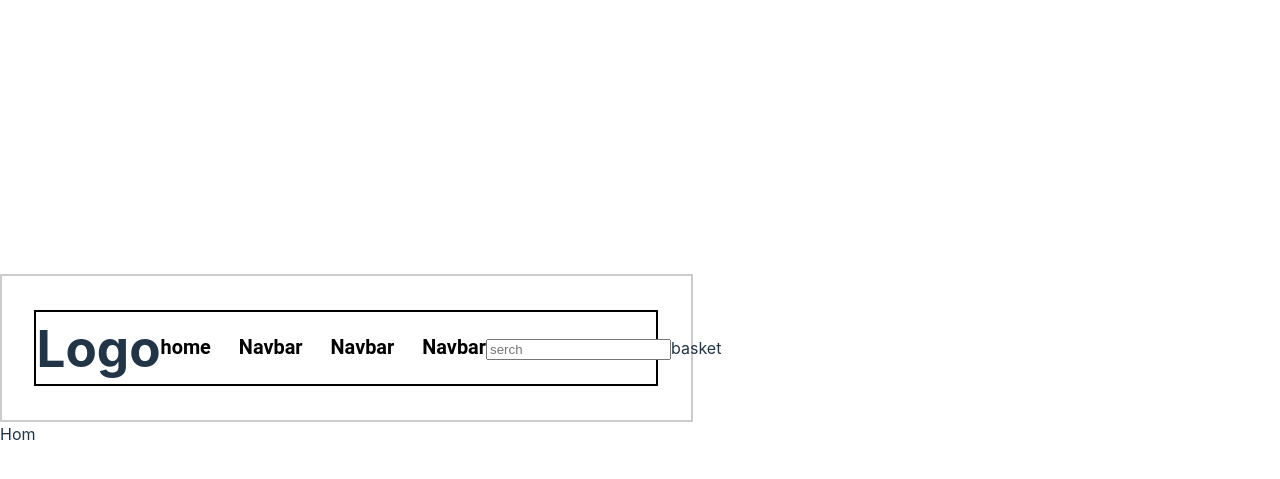
Repository: Islam432/Islam-and-Arsi---team
Page: /
These files come from the project's save history. The page is drawn as it stood at one moment and after the next save; the edit follows.
The browser window is 1280 px wide. The pictures show the whole page.
The project was rebuilt for these pictures with package versions that can differ from the ones it lists, and the page was loaded fresh each time. Also part of the build but not shown: vite.config.js, src/App.css, src/components/Home/Home.module.css, src/components/Comp/Comp.jsx.

Above is the page before, as saved 2023-03-09 23:21:46.

### src/main.jsx
import React from "react";
import ReactDOM from "react-dom/client";
import App from "./App";
import "./index.css";
import { BrowserRouter } from "react-router-dom";


ReactDOM.createRoot(document.getElementById("root")).render(
  <React.StrictMode>

      <BrowserRouter>
        <App />
      </BrowserRouter>

  </React.StrictMode>
);

### src/App.jsx
import { useState } from "react";
import reactLogo from "./assets/react.svg";
import "./App.css";
import { Route, Routes } from "react-router-dom";
import { Layout } from "./components/Layout";
import { Home } from "./components/Home/Home";
import { Comp } from "./components/Comp/Comp";

function App() {
  return (

    <Layout>  <Routes>
    <Route path="/" element = {<Home/>}/>
    <Route path="/comp" element= {<Comp/>} />
  </Routes></Layout>

  );
}

export default App;

### src/components/Layout/index.jsx
import React from 'react'
import { Navbar } from '../Navbar/Navbar'

export const Layout = ({children}) => {
  return (
  <>
 <Navbar/>
  <main>{children}</main>
  </>
  )
}

### src/components/Home/Home.jsx
import React from 'react'
import styles from './Home.module.css'

export const Home = () => {
  return (
    <div>Hom</div>
  )
}

### src/components/Navbar/Navbar.jsx
import React from "react";
import { NavLink } from "react-router-dom";
import styles from "./Navbar.module.css";

export const Navbar = () => {
  return (
    <div className={styles.cont}>
      <div className={styles.allnav}>
        <h1>Logo</h1>

        <div className={styles.navbar}>
          <NavLink to={'/'} className={styles.NavLink}>
            <h3>home</h3>
          </NavLink>
          <NavLink to={'/comp'} className={styles.NavLink}>
            <h3>Navbar</h3>
          </NavLink>
          <NavLink className={styles.NavLink}>
            <h3>Navbar</h3>
          </NavLink>
          <NavLink className={styles.NavLink}>
            <h3>Navbar</h3>
          </NavLink>

        </div>

        <div className={styles.inputblok}>
          <input type="text" placeholder="serch" />
        </div>

        <div>basket</div>
      </div>
    </div>
  );
};

### src/components/Navbar/Navbar.module.css
.cont {
    margin: 0;
  display: flex;
  align-items: center;
  justify-content: center;
  height: 20vh;
  background: #ffffff;
  border: 2px solid #ccc;
}

.allnav {
  display: flex;
  align-items: center;
  justify-content: space-around;
  width: 90%;
  height: 10vh;
  border: 2px solid black;
}
.navbar {
  display: flex;
  justify-content: space-around;
  align-items: center;
  gap: 28px;

  font-family: Roboto;
  font-style: Bold;
  font-size: 17px;

}
.NavLink{
    text-decoration: none;
    color: rgb(0, 0, 0);
}

Loaded but not shown: index.html (common file); src/index.css (common file)

After the next save:
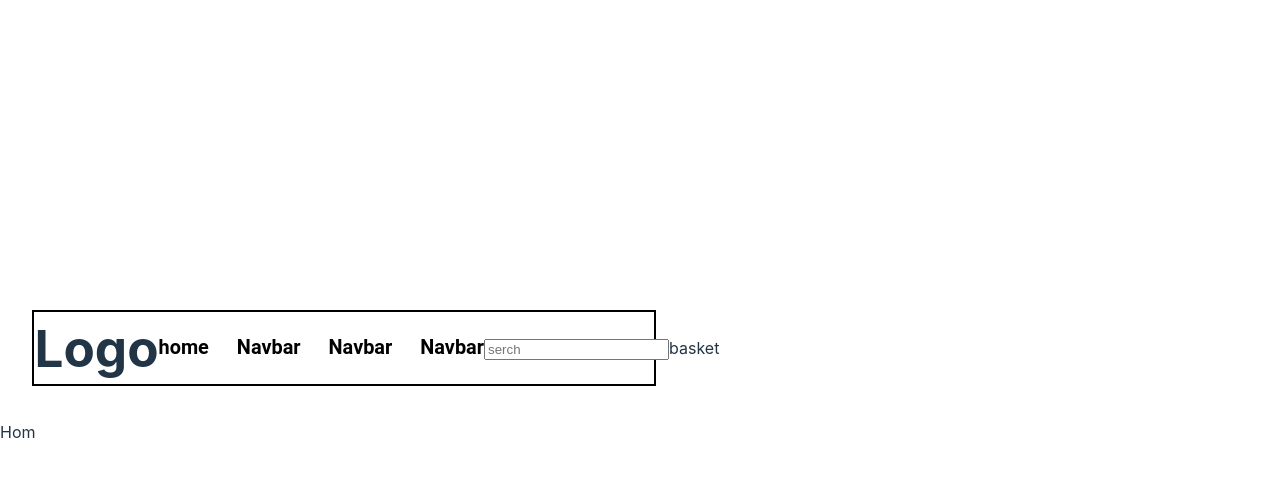
Saved 46 s later.
--- a/src/components/Navbar/Navbar.module.css
+++ b/src/components/Navbar/Navbar.module.css
@@ -5,7 +5,7 @@
   justify-content: center;
   height: 20vh;
   background: #ffffff;
-  border: 2px solid #ccc;
+  border: 0 2px solid #ccc;
 }
 
 .allnav {

After the 6 saves that followed:
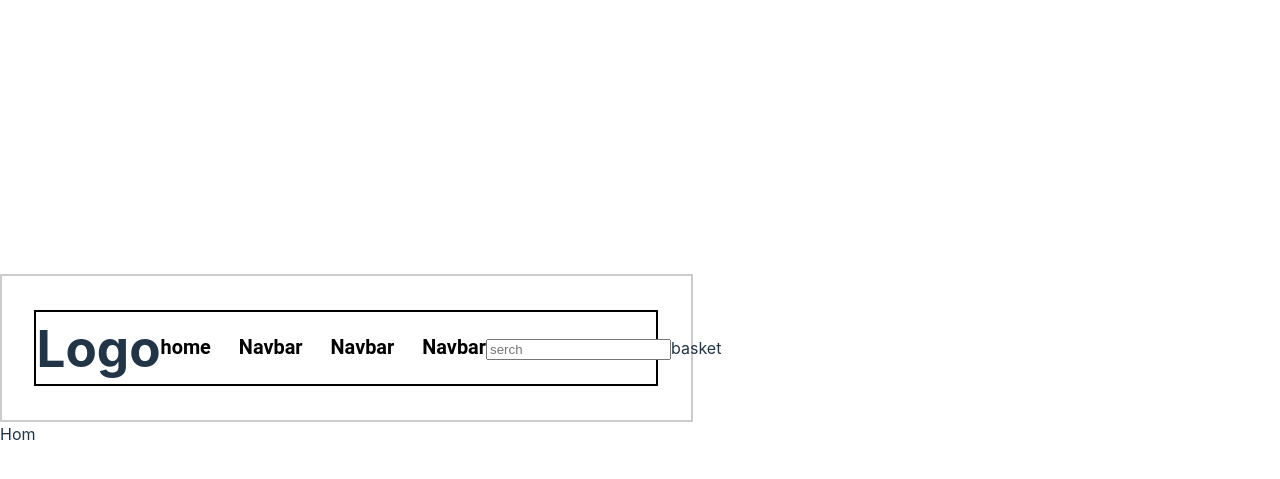
The 6 saves are shown as one change because 4 left the picture as it was and some came seconds apart.
The last was saved 29 s later.
--- a/src/components/Navbar/Navbar.module.css
+++ b/src/components/Navbar/Navbar.module.css
@@ -5,7 +5,7 @@
   justify-content: center;
   height: 20vh;
   background: #ffffff;
-  border: 0 2px solid #ccc;
+  border: 2px solid #ccc;
 }
 
 .allnav {
